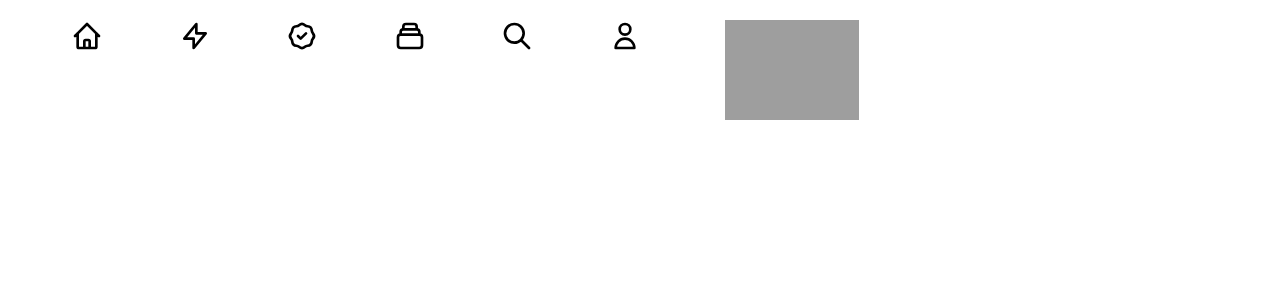
Repository: jafredk/hulu-2
Page: /
The author's editor kept a copy of each file at every save. The page is drawn from the files as they stood at one save, then again after the next save.
The browser window is 1280 px wide. The pictures show the whole page.
Pictures or frames that could not be fetched are drawn as grey boxes. The project was rebuilt for these pictures with package versions that can differ from the ones it lists, and the page was loaded fresh each time. The framework's server and built-in components were replaced by stand-ins that run in the browser. Also part of the build but not shown: next.config.js.

Above is the page before, as saved 2021-11-01 13:43:59.

After the next save:
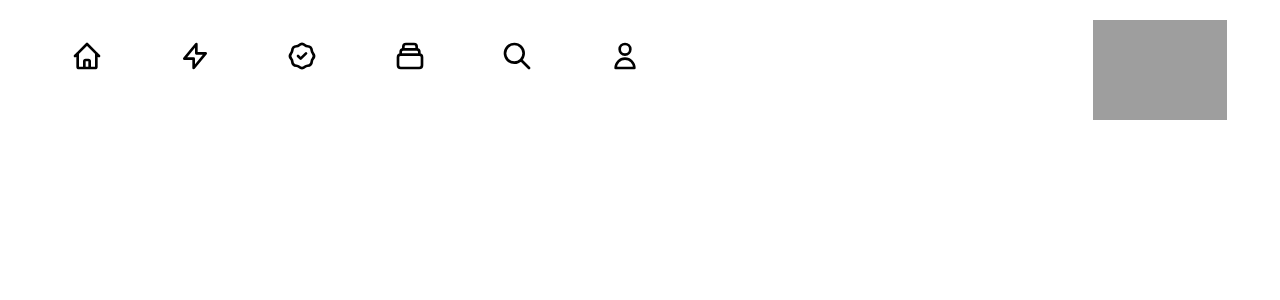
Saved 35 s later.
--- a/components/Header.js
+++ b/components/Header.js
@@ -12,7 +12,7 @@ import HeaderItem from './HeaderItem';
 
 function Header() {
     return (
-        <header className="flex flex-col sm:flex-row m-5">
+        <header className="flex flex-col sm:flex-row m-5 justify-between items-center">
             <div className="flex flex-grow justify-evenly max-w-2xl">
                 <HeaderItem title='HOME' Icon={HomeIcon} />
                 <HeaderItem title='TRENDING' Icon={LightningBoltIcon} />
